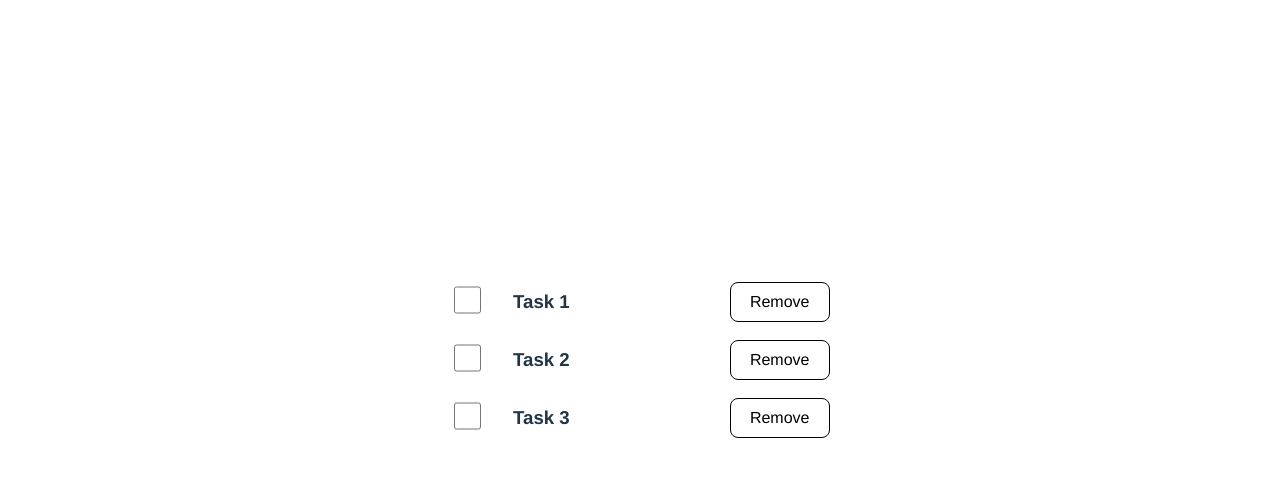
Repository: MonicaNguyenH/Frontend_Assignment6
Page: / (app in react/)
An editor plug-in stored every save of this project. The page is shown before and after the next save, followed by the edit.
The browser window is 1280 px wide. The pictures show the whole page.
The project was rebuilt for these pictures with package versions that can differ from the ones it lists, and the page was loaded fresh each time. Also part of the build but not shown: react/vite.config.js.

Above is the page before, as saved 2024-10-10 23:06:28.

### react/src/App.jsx
// import { useState } from 'react'
import './App.css'
import Task from './components/Task'

function App() {
    console.log('App is rendering');

  return (
    <>
      <Task name="Task 1" />
      <Task name="Task 2" />
      <Task name="Task 3" />
    </>
  )
}

export default App

### react/src/App.css
#root {
  max-width: 1280px;
  margin: 0 auto;
  padding: 2rem;
  text-align: center;

  font-family: Helvetica, sans-serif;
}

.task {
  display: flex;
  flex-direction: row;
  align-items: center;
  margin: 1em;

  width: 100%;
  min-width: 10rem;
}

#checkbox {
  margin-right: 1rem;
  width: 2em;
  height: 2rem;
  accent-color: pink;
}

#task-name {
  margin: 0 10rem 0 1rem;
  font-weight: bold;
  font-size: 14pt;
}

.task-delete {
  border: 1px solid black;
  background-color: white;
  border-radius: 15;
  cursor: pointer;
}

.task-delete:hover {
  border: 1px solid pink;
}

### react/src/components/Task.jsx
import { useState, useEffect, useRef } from "react";

export default function Task({name}){

    // check box section
    // Ref for the checkbox and task name elements
    const checkboxRef = useRef(null);
    const taskNameRef = useRef(null);

    useEffect(() => {
        const checkbox = checkboxRef.current;
        const crossText = taskNameRef.current;

        if (checkbox&&crossText) {
            const handleCheckBoxChange = () => {
                if(checkbox.checked) {
                    crossText.style.textDecoration = "line-through";
                } else {
                    crossText.style.textDecoration = "none";
                }
            };

            checkbox.addEventListener("change", handleCheckBoxChange);

            // cleanup listener
            return () => {
                checkbox.removeEventListener("change", handleCheckBoxChange);
            };

        }
    });

    // remove button section
    const [visible, setVisible] = useState(true);
    const removeTask = () => {
        setVisible(false);
    };

    if (!visible) {
        return null;
    }

    return (
        <>
            <div className="task">
                <label for="checkbox">
                    <input type="checkbox"
                        id="checkbox"
                        ref={checkboxRef}
                    />
                </label>
                <p id="task-name" ref={taskNameRef}>{name}</p>
                <button
                    className="task-delete"
                    onClick={removeTask}>
                        Remove
                </button>
            </div>

        </>
    );
}

Loaded but not shown: react/index.html (common file); react/src/main.jsx (common file); react/src/index.css (common file)

After the next save:
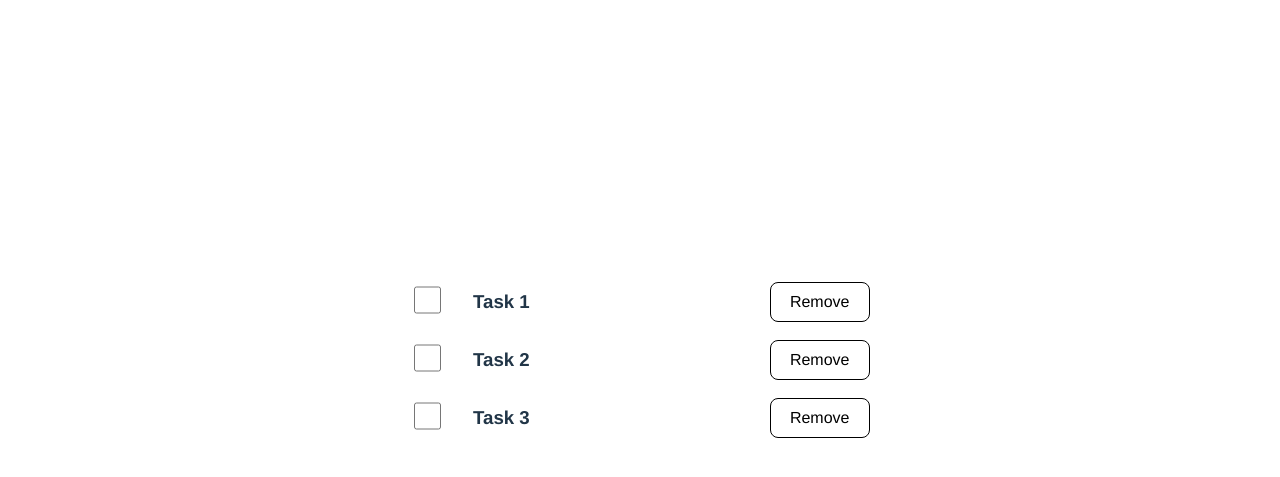
Saved 12 s later.
--- a/react/src/App.css
+++ b/react/src/App.css
@@ -25,7 +25,7 @@
 }
 
 #task-name {
-  margin: 0 10rem 0 1rem;
+  margin: 0 15rem 0 1rem;
   font-weight: bold;
   font-size: 14pt;
 }
